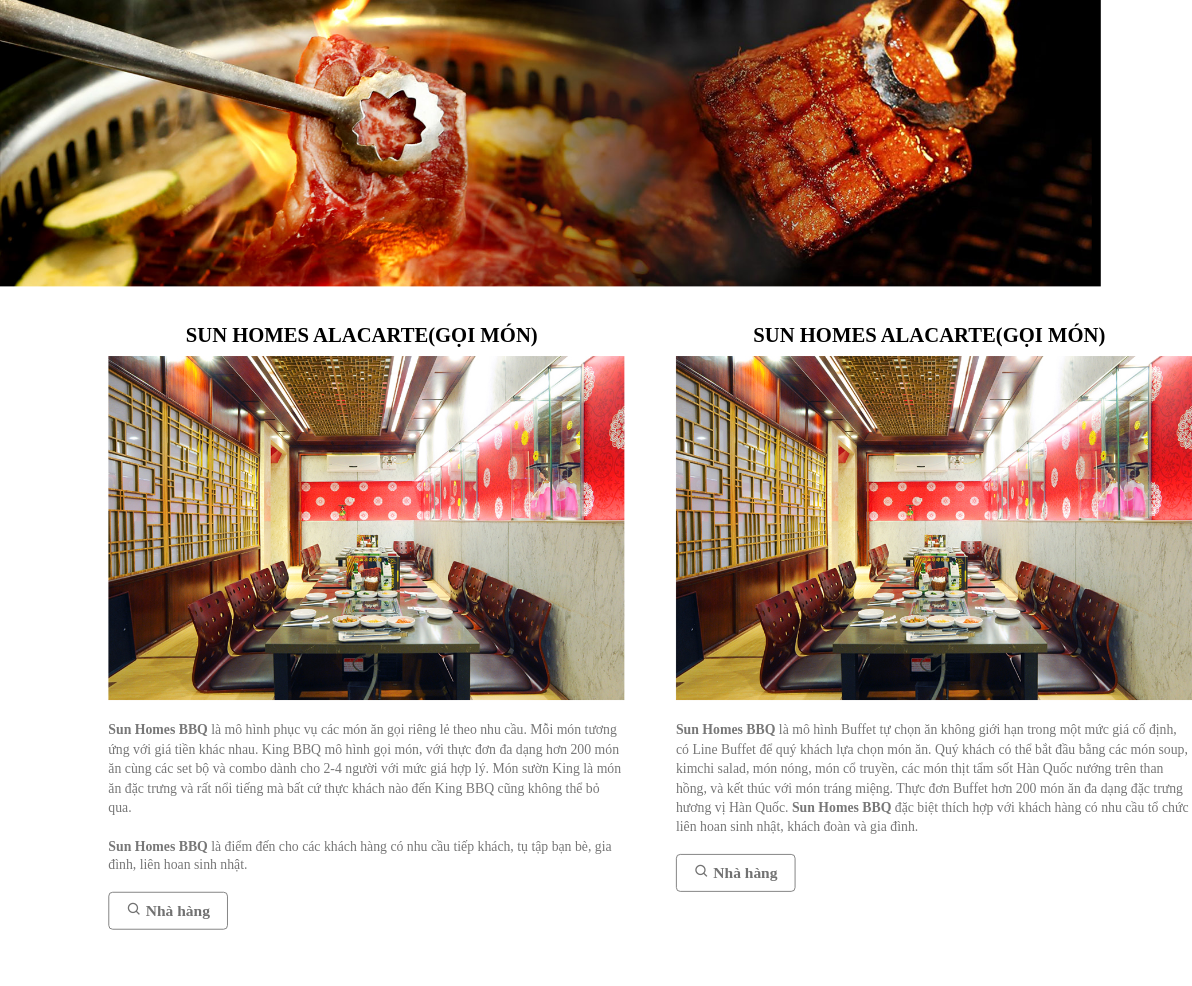
Repository: QUANGTHAI2003/sunhomesbbq
Page: GioiThieu.html
The author's editor kept a copy of each file at every save. The page is drawn from the files as they stood at one save, then again after the next save.
The browser window is 1280 px wide. The page is 1386 px wide, so the pictures cover 1386 px, including what lies to the right of the window. The pictures show the whole page, at 86% of full size.

Above is the page before, as saved 2022-02-13 11:28:08.

### GioiThieu.html
<!DOCTYPE html>
<html lang="en">
<head>
    <meta charset="UTF-8">
    <meta http-equiv="X-UA-Compatible" content="IE=edge">
    <meta name="viewport" content="width=device-width, initial-scale=1.0">
    <title>Document</title>
    <link href='https://unpkg.com/boxicons@2.1.1/css/boxicons.min.css' rel='stylesheet'>
    <link rel="stylesheet" href="style.css">
</head>
<body>
    <img src="img/banner.jpg" width="100%" top="0" alt="">
    <div class="wrapper">
        <div class="Gioi-Thieu1">
            <div class="heading-GT">SUN HOMES ALACARTE(GỌI MÓN)</div>
                <img src="./img/Gioi-Thieu1.jpg" alt="">
                <p class="para-GT"><strong>Sun Homes BBQ</strong> là mô hình phục vụ các món ăn gọi riêng lẻ theo nhu cầu. Mỗi món tương ứng với giá tiền khác nhau. King
                BBQ mô hình gọi món, với thực đơn đa dạng hơn 200 món ăn cùng các set bộ và combo dành cho 2-4 người với mức giá hợp lý.
                Món sườn King là món ăn đặc trưng và rất nổi tiếng mà bất cứ thực khách nào đến King BBQ cũng không thể bỏ qua. <br> <br>
                <strong>Sun Homes BBQ</strong> là điểm đến cho các khách hàng có nhu cầu tiếp khách, tụ tập bạn bè, gia đình, liên hoan sinh nhật.</p>
                <div class="btn-res">
                    <i class="bx bx-search"></i>
                    Nhà hàng
                </div>
        </div>
        <div class="Gioi-Thieu2">
            <div class="heading-GT">SUN HOMES ALACARTE(GỌI MÓN)</div>
                <img src="./img/Gioi-Thieu1.jpg" alt="">
                <p class="para-GT">
                    <strong>Sun Homes BBQ</strong> là mô hình Buffet tự chọn ăn không giới hạn trong một mức giá cố định, có Line Buffet để quý khách lựa
                    chọn món ăn. Quý khách có thể bắt đầu bằng các món soup, kimchi salad, món nóng, món cổ truyền, các món thịt tẩm sốt Hàn
                    Quốc nướng trên than hồng, và kết thúc với món tráng miệng. Thực đơn Buffet hơn 200 món ăn đa dạng đặc trưng hương vị
                    Hàn Quốc.

                    <strong>Sun Homes BBQ</strong> đặc biệt thích hợp với khách hàng có nhu cầu tổ chức liên hoan sinh nhật, khách đoàn và gia đình.
                <div class="btn-res">
                    <i class="bx bx-search"></i>
                    Nhà hàng
                </div>
        </div>
    </div>
</body>
</html>

### style.css
* {
    margin: 0;
    padding: 0;
    box-sizing: border-box;
}
html {
    scroll-behavior: smooth;
}
.container {
    overflow: hidden;
}

.header {
    height: 100px;
    background-color: #000;
    position: fixed;
    top: 0;
    right: 0;
    left: 0;
}

.header img {
    padding: 8px;
    width: 350px;
}
/* Navigation bar */

.nav {
    max-width: 85%;
    display: flex;
}

#logo {
    float: left;
    padding: 0 100px;
}

@media screen and (max-width: 1400px) {
    #logo {
        padding: 6px 50px;
    }
    .header img {
        width: 300px;
    }
    .nav a {
        font-size: 14px;
    }
}

.nav > ul {
    flex-wrap: wrap;
}

.nav li {
    list-style: none;
    line-height: 100px;
    font-weight: 500;
}

.nav li a {
    color: #c6c6c6;
    padding: 6px 15px;
    text-decoration: none;
}
.nav li a:active,
.nav li a:hover {
    color: #f3e385;
    font-weight: bold;
}
.nav li:active a {
    color: #f3e385;
    font-weight: bold;
}

.nav li:last-child a {
    border: 1px solid #c6c6c6;
    border-radius: 5px;
    text-transform: none;
}

.nav li:last-child a:hover {
    background-color: #f3e385;
    color: #000;
}
/* Content */
.content {
    height: 100vh;
}

.section-heading {
    font-family: 'Berkshire Swash', cursive;
    font-size: 30px;
    letter-spacing: 2px;
    word-spacing: 8px;
}

.content-section-sunhomes {
    display: flex;
    max-width: 85%;
    background-size: cover;
    background-position: 50% 50%;
    margin: 0 auto;
    padding: 24px;
}

.section-left-sunhomes {
    padding: 0 15px 30px;
    width: 50%;
}

.section-left-sunhomes .section-heading {
    font-size: 50px;
    margin: 0 0 15px;
    font-family: Berkshire Swash;
}

.section-left-sunhomes .section-content {
    font-size: 16px;
    margin: 0 0 20px;
    line-height: 1.4;
    color: #777777;
}

.section-left-sunhomes .section-content span {
    font-weight: 700;
}
.section-images-sunhomes {
    flex-basis: 50%;
}

.section-images-sunhomes img {
    width: 260px;
    height: 400px;
    flex-basis: 50%;
    padding: 15px;
}

@media screen and (max-width: 1400px) {
    .section-images-sunhomes img {
        width: 220px;
    }
}

.img-1 {
    display: inline-block;
    overflow: hidden;
    position: relative;
}

.img-1 img {
    transition: all 0.5s ease-in-out;
}

.img-1:hover img {
    -webkit-transform: scale(1.1);
    transform: scale(1.2);
}

.img-2 {
    display: inline-block;
    overflow: hidden;
    position: relative;
}

.img-2 img {
    transition: all 0.5s ease-in-out;
}

.img-2:hover img {
    -webkit-transform: scale(1.1);
    transform: scale(1.1);
}

.content-section-menu {
    display: flex;
    max-width: 85%;
    background-size: cover;
    background-position: 50% 50%;
    margin: 0 auto;
    padding: 24px;
}
.section-images-menu {
    display: flex;
}

.section-right-menu {
    flex: 1;
    padding: 30px 30px;
}

.section-right-menu .section-heading {
    color: #c0c0c0;
    font-size: 50px;
    margin: 0 15px;
}

.section-right-menu .section-content {
    font-size: 16px;
    margin: 0 20px;
    line-height: 1.4;
    color: #777777;
}

.section-right-menu .section-content span {
    font-weight: 700;
}
.section-images-menu {
    flex: 1;
}

.img-3 {
    filter: grayscale(100%);
}

.img-3:hover {
    filter: grayscale(0%);
    transition: 0.8s;
}

.img-4 {
    filter: grayscale(100%);
}

.img-4:hover {
    filter: grayscale(0%);
    transition: 0.8s;
}

.img-5 {
    filter: grayscale(100%);
}

.img-5:hover {
    filter: grayscale(0%);
    transition: 0.8s;
}

.img-6 {
    filter: grayscale(100%);
}

.img-6:hover {
    filter: grayscale(0%);
    transition: 0.8s;
}

.section-images-menu img {
    width: 280px;
    height: 200px;
    flex-basis: 25%;
    padding: 15px;
}

.bg-menu {
    background-color: #000;
    height: 480px;
}

.btn-menu {
    display: inline-block;
    color: #c0c0c0;
    font-size: 18px;
    padding: 10px 20px;
    border: 1px solid #c6c6c6;
    border-radius: 5px;
    text-transform: none;
    margin: 12px 20px;
}

.btn-menu:hover {
    color: #555;
    background: #ccc;
    font-weight: bold;
}

.btn-menu .icon-menu {
    color: #c0c0c0;
    font-size: 16px;
}

.btn-menu:hover .icon-menu {
    color: #555;
    background: #ccc;
    font-weight: bold;
}

.icon-menu:hover {
    color: #ccc;
    background: #000;
}

.btn-res {
    display: inline-block;
    color: #727272;
    font-size: 18px;
    padding: 10px 20px;
    border: 1px solid #727272;
    border-radius: 5px;
    text-transform: none;
    font-weight: bold;
}

.btn-res:hover {
    color: #ccc;
    background: #555;
    font-weight: bold;
}

.btn-res .icon-menu {
    color: #000;
    font-size: 16px;
}

/* Footer */
.footer {
    background: #000;
    font-size: 14px;
    line-height: 1.4;
}

.copyright {
    display: flex;
    max-width: 80%;
    margin: 0 auto;
    justify-content: space-between;
    color: #ffffff80;
    padding: 10px;
    bottom: 0;
}

.sign-now {
    background: url(./img/banner.jpg);
    width: 100%;
    height: 100px;
}

.endow {
    max-width: 80%;
    margin: 0 auto;
    opacity: 1;
}

.sign-now span {
    color: #000;
    line-height: 100px;
    margin: 0 20px;
    font-size: 18px;
    font-weight: 500;
}

.sign-now .endow #Email {
    width: 360px;
    height: 40px;
    border-radius: 20px;
    padding: 0 15px;
    margin: 0 5px 0 120px;
    background: rgba(204, 204, 204, 0.4);
    outline: none;
}

.sign-now .endow #Email::placeholder {
    color: #fff;
    font-size: 18px;
}

.sign-now .endow #sign {
    width: 150px;
    height: 40px;
    border-radius: 8px;
    background: #f3e385;
}

.sign-now .endow #sign::placeholder {
    color: #000;
    font-size: 18px;
    font-weight: bold;
}

.sign-now .endow #sign:hover {
    opacity: 0.8;
}

@media screen and (max-width: 1400px) {
    .sign-now span {
        font-size: 16px;
    }

    .sign-now .endow #Email {
        margin: 0 5px 0 60px;
        width: 200px;
    }

    .sign-now .endow #sign {
        width: 120px;
    }
}

.brand {
    display: flex;
    height: 100px;
    justify-content: space-between;
    align-items: center;
    margin: 0 auto;
    max-width: 85%;
}

.brand img {
    width: 8%;
    height: 50px;
}

.brand1 {
    filter: grayscale(100%);
}

.brand1:hover {
    filter: grayscale(0%);
    transition: 0.8s;
}

.brand2 {
    filter: grayscale(100%);
}

.brand2:hover {
    filter: grayscale(0%);
    transition: 0.8s;
}

.brand3 {
    filter: grayscale(100%);
}

.brand3:hover {
    filter: grayscale(0%);
    transition: 0.8s;
}

.brand4 {
    filter: grayscale(100%);
}

.brand4:hover {
    filter: grayscale(0%);
    transition: 0.8s;
}

.brand5 {
    filter: grayscale(100%);
}

.brand5:hover {
    filter: grayscale(0%);
    transition: 0.8s;
}

.brand6 {
    filter: grayscale(100%);
}

.brand6:hover {
    filter: grayscale(0%);
    transition: 0.8s;
}

.brand7 {
    filter: grayscale(100%);
}

.brand7:hover {
    filter: grayscale(0%);
    transition: 0.8s;
}

.brand8 {
    filter: grayscale(100%);
}

.brand8:hover {
    filter: grayscale(0%);
    transition: 0.8s;
}

.brand9 {
    filter: grayscale(100%);
}

.brand9:hover {
    filter: grayscale(0%);
    transition: 0.8s;
}

.brand10 {
    filter: grayscale(100%);
}

.brand10:hover {
    filter: grayscale(0%);
    transition: 0.8s;
}

#myBtn {
    position: fixed;
    bottom: 30px;
    right: 10px;
    float: right;
    right: 5%;
    left: 95%;
    max-width: 30px;
    width: 80px;
    font-size: 20px;
    border-color: rgba(85, 85, 85, 0.2);
    background-color: rgb(100, 100, 100);
    padding: 1px;
    border-radius: 60px;
}

.arrow {
    font-size: 20px;
    padding: 1px 0;
}

#myBtn:hover {
    opacity: 0.8;
}

/* Gioi Thieu */
.wrapper {
    display: flex;
    max-width: 85%;
    margin: 0 auto;
}

.heading-GT {
    font-size: 24px;
    padding: 10px 90px;
    font-weight: bold;
}

.para-GT {
    line-height: 1.4;
    margin: 20px 0;
    color: #777777;
}

.Gioi-Thieu1,
.Gioi-Thieu2 {
    width: 600px;
    height: 750px;
    margin: 30px 30px;
}

.Gioi-Thieu1 img,
.Gioi-Thieu2 img {
    width: 600px;
}

After the next save:
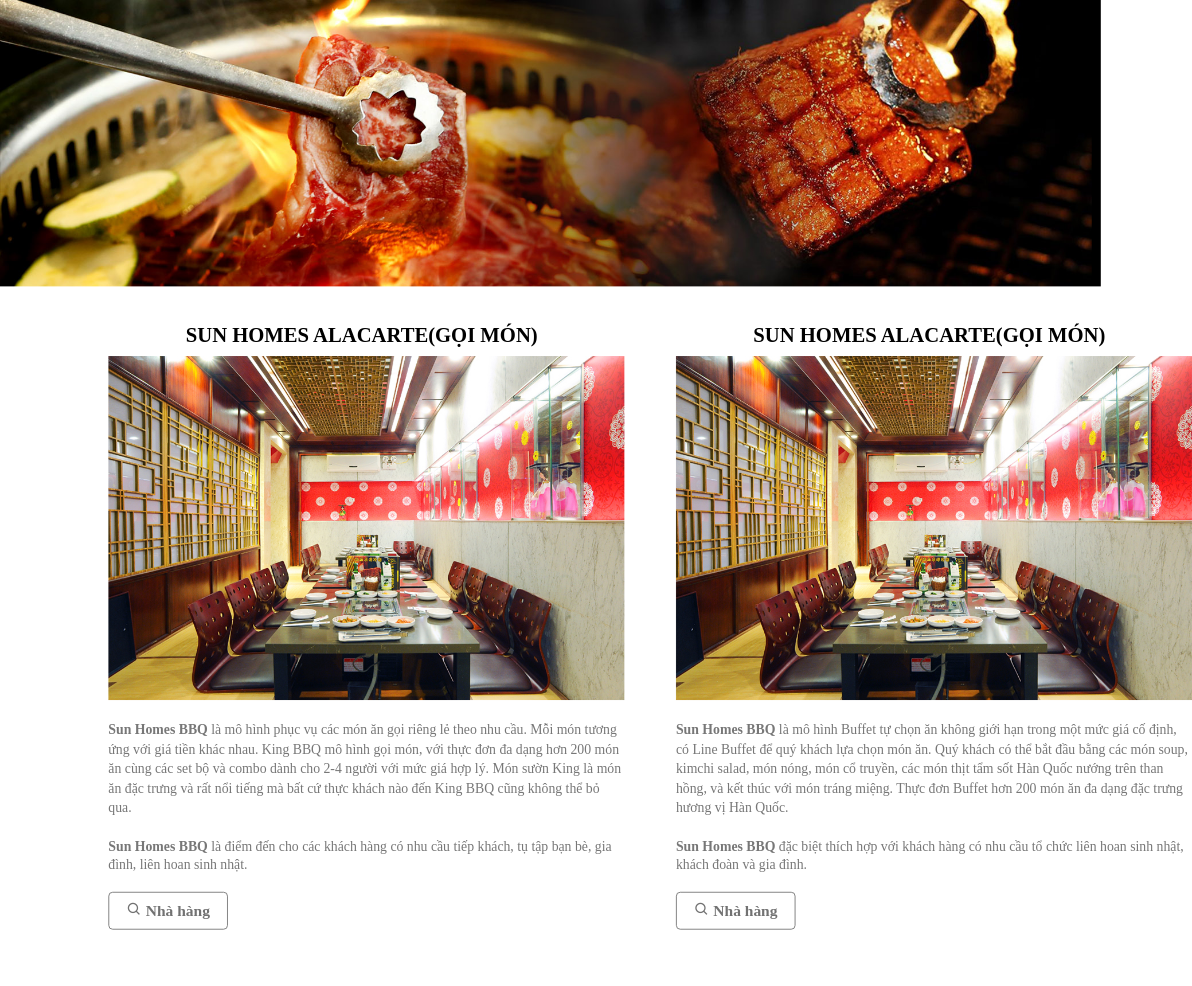
Saved 7 s later.
--- a/GioiThieu.html
+++ b/GioiThieu.html
@@ -30,8 +30,7 @@
                     <strong>Sun Homes BBQ</strong> là mô hình Buffet tự chọn ăn không giới hạn trong một mức giá cố định, có Line Buffet để quý khách lựa
                     chọn món ăn. Quý khách có thể bắt đầu bằng các món soup, kimchi salad, món nóng, món cổ truyền, các món thịt tẩm sốt Hàn
                     Quốc nướng trên than hồng, và kết thúc với món tráng miệng. Thực đơn Buffet hơn 200 món ăn đa dạng đặc trưng hương vị
-                    Hàn Quốc.
-
+                    Hàn Quốc. <br> <br>
                     <strong>Sun Homes BBQ</strong> đặc biệt thích hợp với khách hàng có nhu cầu tổ chức liên hoan sinh nhật, khách đoàn và gia đình.
                 <div class="btn-res">
                     <i class="bx bx-search"></i>
